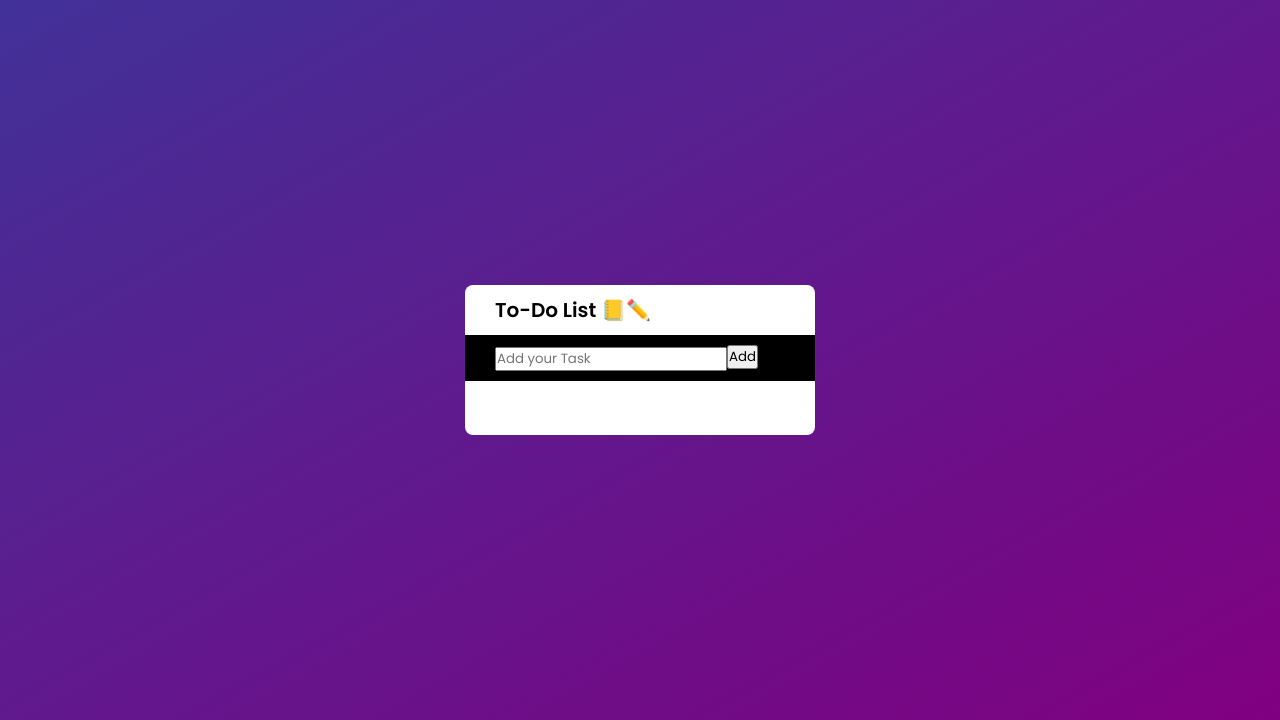
Repository: Ankitkr2021/To-Do-List
Page: index.html
These files come from the project's save history. The page is drawn as it stood at one moment and after the next save; the edit follows.
The browser window is 1280 px wide. The pictures show the whole page.

Above is the page before, as saved 2025-10-03 10:07:30.

### index.html
<!DOCTYPE html>
<html lang="en">
<head>
    <meta charset="UTF-8">
    <meta name="viewport" content="width=device-width, initial-scale=1.0">
    <title>To-Do-List</title>
    <link rel="stylesheet" href="./style.css">
</head>
<body>
    <div class="box">
        <h1>To-Do List 📒✏️</h1>
        <div class="task">
        <input id="add" type="text" placeholder="Add your Task">
        <button type="submit">Add</button>
        </div>
    </div>
</body>
</html>

### style.css
@import url("https://fonts.googleapis.com/css2?family=Poppins:wght@300;400;500;600;700&display=swap");

*{
    margin: 0;
    padding: 0;
    box-sizing: border-box;
    font-family: 'Poppins',sans-serif;
}

body{
    display: flex;
    justify-content: center;
    align-items: center;
    height: 100vh;
    background: linear-gradient(to bottom right, rgba(40, 22, 139, 0.884), purple);
}

.box {
    background: #fff;
    height: 150px;
    max-height: 300px;
    width: 350px;
    border-radius: 8px;
}

.box h1 {
    padding: 10px 30px;
    font-size: 20px;
    font-weight: 600;
}

.task {
    background: #000;
    padding: 10px 30px;
    position: relative;
}

.task input {
    width: 80%;
    height: 100;
}

.task button {
    content: "";
    position: absolute;
}

After the next save:
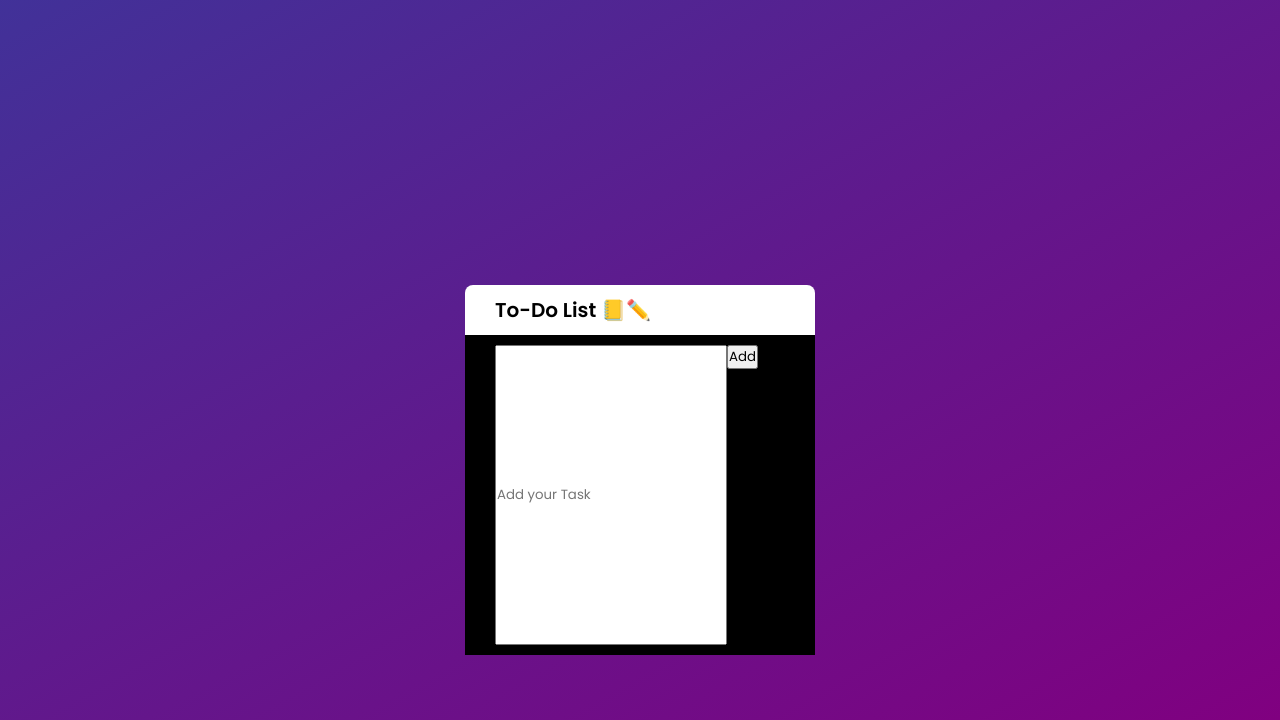
Saved 10 s later.
--- a/style.css
+++ b/style.css
@@ -37,7 +37,7 @@ body{
 
 .task input {
     width: 80%;
-    height: 100;
+    height: 300px;
 }
 
 .task button {
